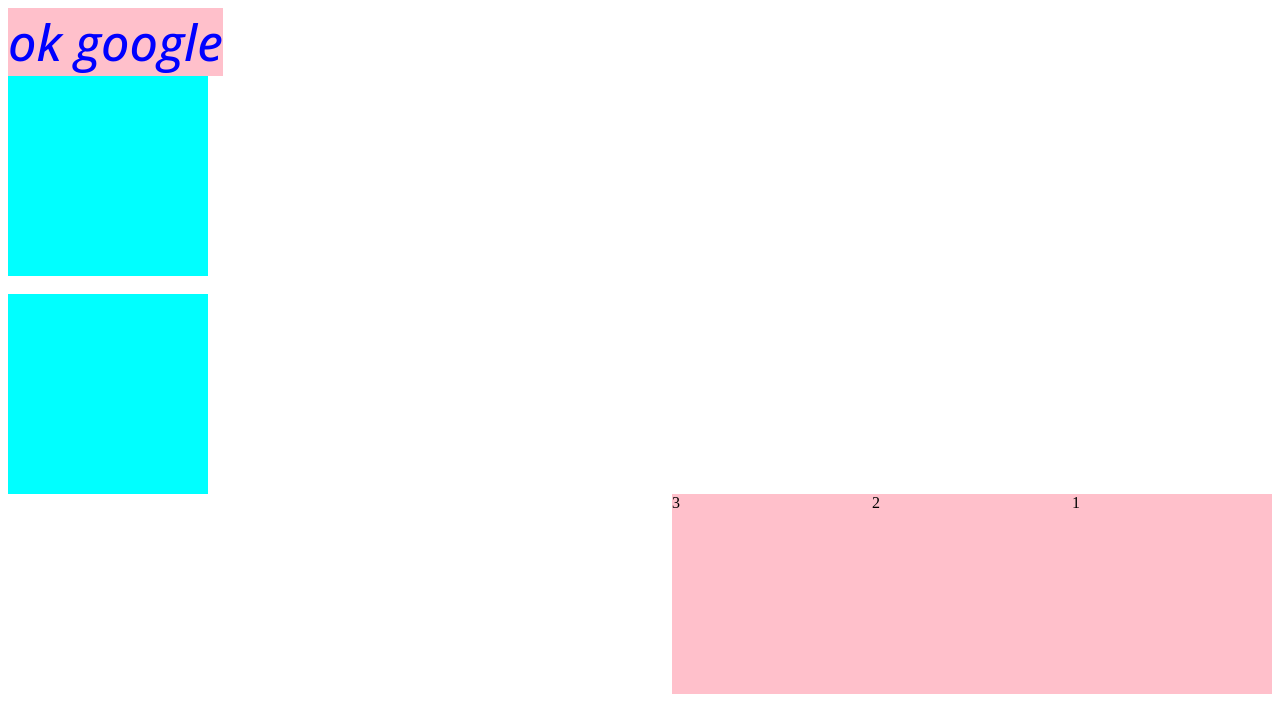
Repository: huyennvo/CSS
Page: index.html
The author's editor kept a copy of each file at every save. The page is drawn from the files as they stood at one save, then again after the next save.
The browser window is 1280 px wide. The pictures show the whole page.

Above is the page before, as saved 2022-07-18 09:43:28.

### index.html
<!DOCTYPE html>
<html lang="en">
<head>
    <meta charset="UTF-8">
    <meta http-equiv="X-UA-Compatible" content="IE=edge">
    <meta name="viewport" content="width=device-width, initial-scale=1.0">
    <title>Document</title>
    <style>
        @import url('https://fonts.googleapis.com/css2?family=Open+Sans:ital,wght@1,500&display=swap');
        </style>
    <style>
        .content {
            color: blue;
            background-color: pink;
            text-align: center;
            font-family: 'Open Sans', sans-serif;
            font-size: 50px;
            font-weight: 100;
            font-style: italic;
            display: inline;
            /* cung 1 dong */
        }
    </style>
    <link rel="stylesheet" href="./index.css">
</head>
<body>
    <div class="content">
        ok google
    </div>

    <div class="img">

    </div>
    <br>
    <div class="img">

    </div>

    <div class="container-flex">
        <div class="item">1</div>
        <div class="item">2</div>
        <div class="item">3</div>
    </div>
</body>
</html>

### index.css
.img {
    width: 200px;
    height: 200px;
    background-color: aqua;
}

.container-flex {
    display: flex;
    flex-direction: row-reverse;
    margin-left: 10px;
}
.item {
    width: 200px;
    height: 200px;
    background-color: pink;
}

After the next save:
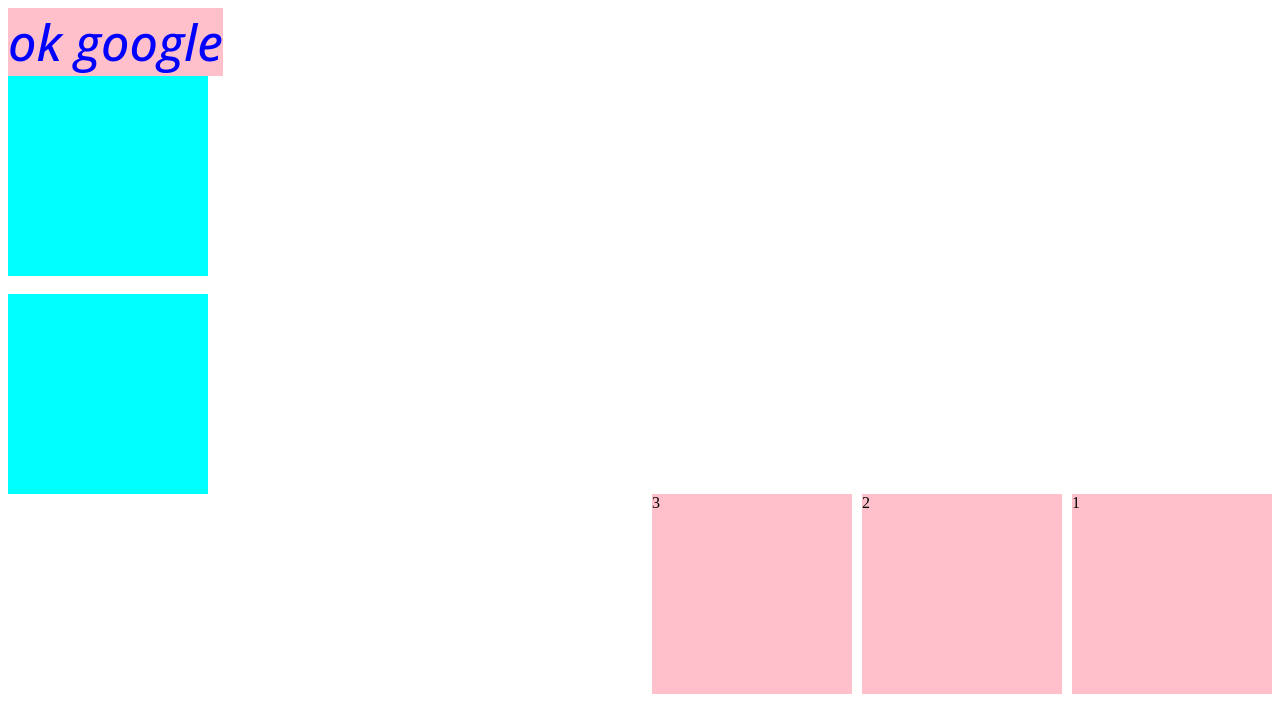
Saved 58 s later.
--- a/index.css
+++ b/index.css
@@ -7,10 +7,11 @@
 .container-flex {
     display: flex;
     flex-direction: row-reverse;
-    margin-left: 10px;
+
 }
 .item {
     width: 200px;
     height: 200px;
     background-color: pink;
+    margin-left: 10px;
 }
